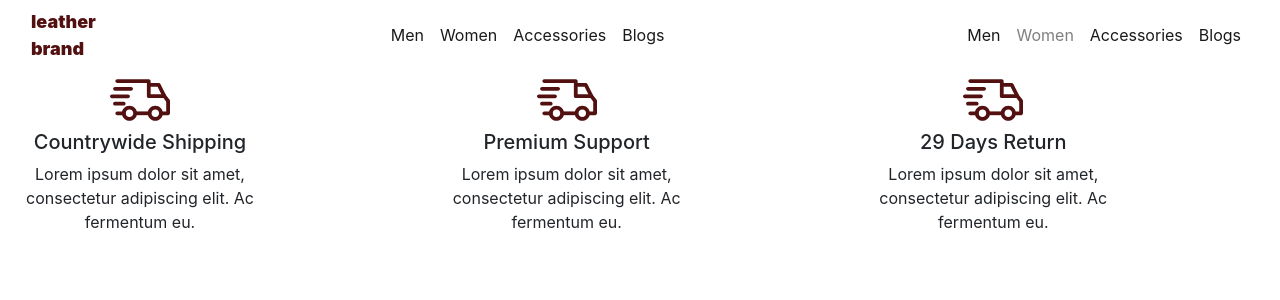
Repository: arif286/fashion-house
Page: /
These files come from the project's save history. The page is drawn as it stood at one moment and after the next save; the edit follows.
The browser window is 1280 px wide. The pictures show the whole page.
The project was rebuilt for these pictures with package versions that can differ from the ones it lists, and the page was loaded fresh each time. The framework's server and built-in components were replaced by stand-ins that run in the browser. Also part of the build but not shown: nuxt.config.js, components/Contact.vue, components/DisplayCollection.vue, components/Footer.vue, components/NewCollection.vue, components/NuxtLogo.vue, components/Products.vue, components/Tutorial.vue.

Above is the page before, as saved 2021-07-11 20:42:35.

### components/Nav.vue
<template>
  <nav class="navbar container navbar-expand-lg navbar-light">
    <div class="container-fluid">
      <div class="nav-title">
        <span>leather</span>
        <br />
        <span>brand</span>
      </div>
      <button
        class="navbar-toggler"
        type="button"
        data-bs-toggle="collapse"
        data-bs-target="#navbarSupportedContent"
        aria-controls="navbarSupportedContent"
        aria-expanded="false"
        aria-label="Toggle navigation"
      >
        <span class="navbar-toggler-icon"></span>
      </button>
      <div id="navbarSupportedContent" class="collapse navbar-collapse">
        <div class="d-flex justify-content-center w-100">
          <ul class="navbar-nav mb-2 mb-lg-0">
            <li class="nav-item">
              <a class="nav-link active" aria-current="page" href="#">Men</a>
            </li>
            <li class="nav-item">
              <a class="nav-link active" href="#">Women</a>
            </li>
            <li class="nav-item">
              <a class="nav-link active" href="#"> Accessories </a>
            </li>
            <li class="nav-item">
              <a class="nav-link active" href="#">Blogs</a>
            </li>
          </ul>
        </div>
        <div class="ml-auto">
          <ul class="navbar-nav mb-2 mb-lg-0">
            <li class="nav-item">
              <a class="nav-link active" aria-current="page" href="#">Men</a>
            </li>
            <li class="nav-item">
              <a class="nav-link" href="#">Women</a>
            </li>
            <li class="nav-item">
              <a class="nav-link active" href="#"> Accessories </a>
            </li>
            <li class="nav-item">
              <a class="nav-link active" href="#">Blogs</a>
            </li>
          </ul>
        </div>
      </div>
    </div>
  </nav>
</template>

<script></script>
<style scoped>
.nav-title {
  color: #521010;
  font-weight: 900;
  font-size: 18px;
}
.nav-title:hover {
  color: #521010;
  font-weight: bold;
}
.nav-item a {
  color: #000;
}
</style>

### components/Service.vue
<template>
  <div class="container">
    <div class="row">
      <div
        v-for="service in services"
        :key="service.id"
        class="col-md-4 col-12 text-center"
      >
        <div class="service-box text-center">
          <img :src="require(`@/assets/Images/${service.image}`)" alt="" />
          <h5>{{ service.title }}</h5>
          <p>{{ service.text }}</p>
        </div>
      </div>
    </div>
  </div>
</template>

<script>
export default {
  props: {
    services: { type: Array, required: true },
  },
}
</script>
<style>
.service-box {
  width: 250px;
}
</style>

### pages/index.vue
<template>
  <div>
    <Nav />
    <Slider />
    <Service :services="serviceData" />
  </div>
</template>

<script>
import { serviceData } from '@/assets/data.js'
export default {
  data() {
    return {
      serviceData,
    }
  },
}
</script>
<style>
@import url('https://fonts.googleapis.com/css2?family=Roboto:ital,wght@0,100;0,300;0,400;0,500;0,700;0,900;1,100;1,300;1,400;1,500;1,700;1,900&display=swap');

.body {
  font-family: 'Roboto', sans-serif;
}
.container {
  max-width: 1780px;
}
</style>

### assets/data.js
export const serviceData = [
  {
    id: 1,
    image: 'delivery.svg',
    title: 'Countrywide Shipping',
    text: 'Lorem ipsum dolor sit amet, consectetur adipiscing elit. Ac fermentum eu.',
  },
  {
    id: 2,
    image: 'delivery.svg',
    title: 'Premium Support',
    text: 'Lorem ipsum dolor sit amet, consectetur adipiscing elit. Ac fermentum eu.',
  },
  {
    id: 3,
    image: 'delivery.svg',
    title: '29 Days Return',
    text: 'Lorem ipsum dolor sit amet, consectetur adipiscing elit. Ac fermentum eu.'
  }
]

Loaded but not shown: components/Slider.vue (no stored copy; drawn as an empty file)

After the next save:
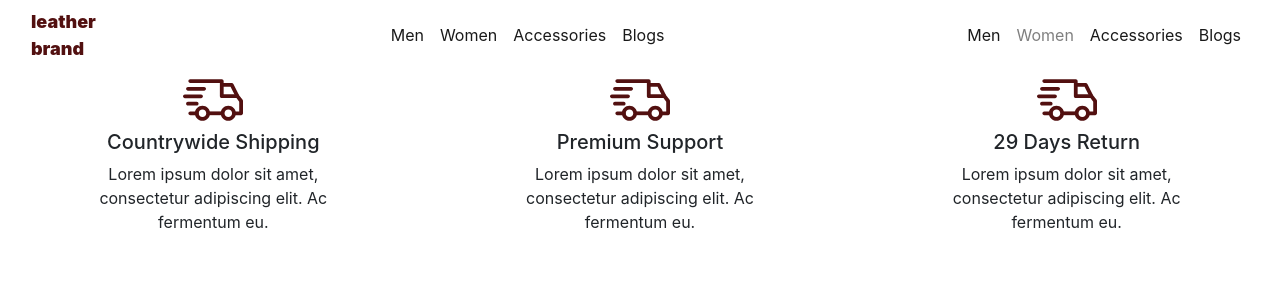
Saved 2 min 24 s later.
--- a/components/Service.vue
+++ b/components/Service.vue
@@ -4,12 +4,14 @@
       <div
         v-for="service in services"
         :key="service.id"
-        class="col-md-4 col-12 text-center"
+        class="col-md-4 col-12"
       >
-        <div class="service-box text-center">
-          <img :src="require(`@/assets/Images/${service.image}`)" alt="" />
-          <h5>{{ service.title }}</h5>
-          <p>{{ service.text }}</p>
+        <div class="d-flex justify-content-center">
+          <div class="service-box text-center">
+            <img :src="require(`@/assets/Images/${service.image}`)" alt="" />
+            <h5>{{ service.title }}</h5>
+            <p>{{ service.text }}</p>
+          </div>
         </div>
       </div>
     </div>
